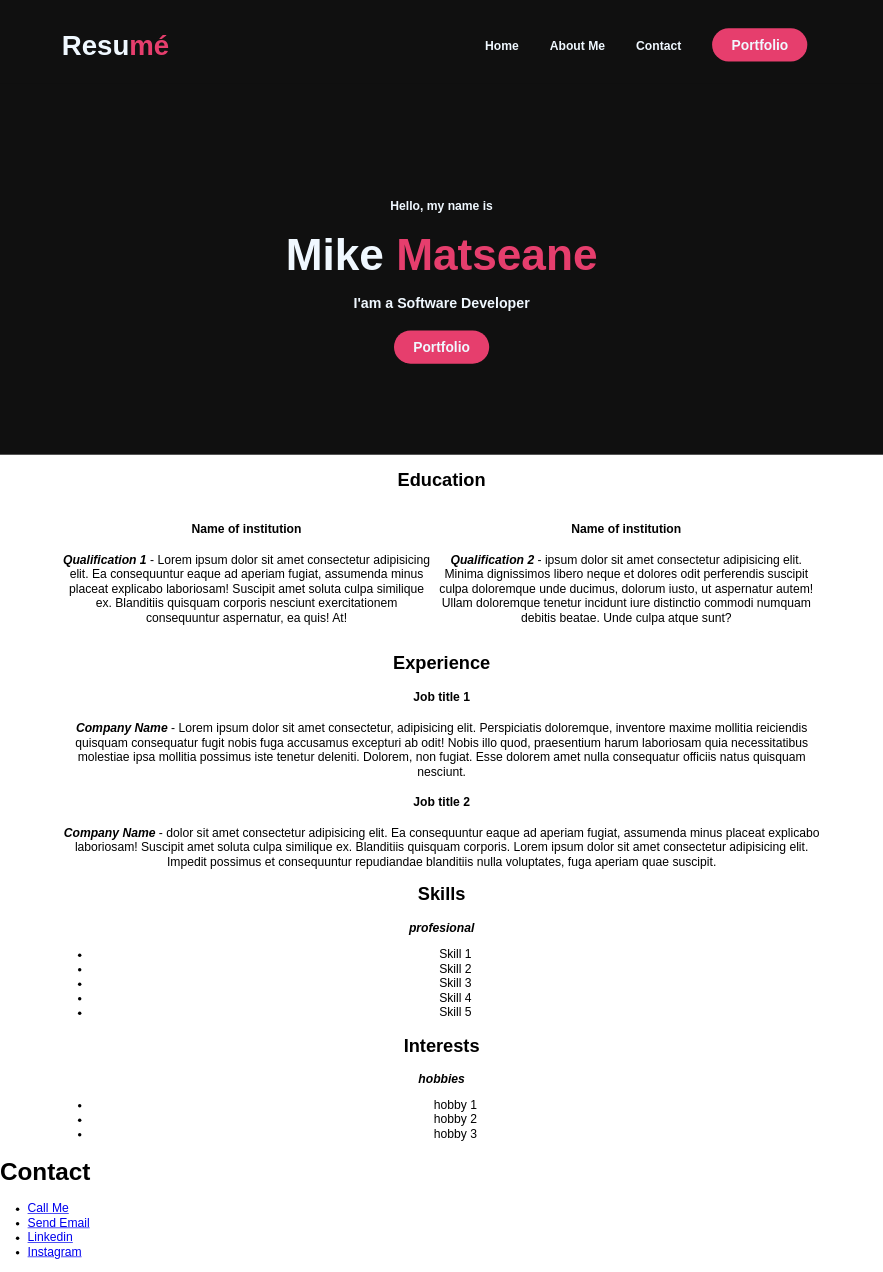
Repository: mikempho/Resume1
Page: resume1.html
These files come from the project's save history. The page is drawn as it stood at one moment and after the next save; the edit follows.
The browser window is 1280 px wide. The pictures show the whole page, at 69% of full size.

Above is the page before, as saved 2022-03-29 10:29:28.

### resume1.html
<html lang="en">
<head>
    <meta charset="UTF-8">
    <meta http-equiv="X-UA-Compatible" content="IE=edge">
    <meta name="viewport" content="width=device-width, initial-scale=1.0">
    <link rel="stylesheet" href="./css/stylesheet.css">
    <title>Mike Matseane</title>
</head>
<body>

    <section>

        <div class="hero">
            <!-- Navigation Bar -->
            <nav class="navbar">
                <h2 class="resume-logo">Resu<span>mé</span></h2>
                <ul>
                    <li><a href="resume1.html">Home</a></li>
                    <li><a href="#education">About Me</a></li>
                    <li><a href="#contact-info">Contact</a></li>
                    <li><a href="#"><span class="call-to-action">Portfolio</span></a></li>
                </ul>
            </nav>

            <div class="intro">
                <!-- <img src="" alt="Profile-Img"> -->
                <h4>Hello, my name is </h4>
                <h1 class="name">Mike <span>Matseane</span></h1>
                <h3>I'am a Software Developer</h3>
                <a href="#"><span class="call-to-action">Portfolio</span></a>
            </div>

        </div>

        <main>
            <!-- Education Section -->

            <div id="education">
                <h2>Education</h2>
                <div class="content">
                    <div class="container">
                        <h4>Name of institution</h4>
                        <p><strong><em>Qualification 1</em></strong> - Lorem ipsum dolor sit amet consectetur adipisicing elit. Ea consequuntur eaque ad aperiam fugiat, assumenda minus placeat explicabo laboriosam! Suscipit amet soluta culpa similique ex. Blanditiis quisquam corporis nesciunt exercitationem consequuntur aspernatur, ea quis! At!</p>
                    </div>
                    <div class="container">
                        <h4>Name of institution</h4>
                        <p><strong><em>Qualification 2</em></strong> - ipsum dolor sit amet consectetur adipisicing elit. Minima dignissimos libero neque et dolores odit perferendis suscipit culpa doloremque unde ducimus, dolorum iusto, ut aspernatur autem! Ullam doloremque tenetur incidunt iure distinctio commodi numquam debitis beatae. Unde culpa atque sunt?</p>
                    </div>
                </div>
            </div>

            <!-- Experience Section-->
            <div id="experience">
                <h2>Experience</h2>
                <div class="container">
                    <h4>Job title 1</h4>
                    <p><strong><em>Company Name</em></strong> - Lorem ipsum dolor sit amet consectetur, adipisicing elit. Perspiciatis doloremque, inventore maxime mollitia reiciendis quisquam consequatur fugit nobis fuga accusamus excepturi ab odit! Nobis illo quod, praesentium harum laboriosam quia necessitatibus molestiae ipsa mollitia possimus iste tenetur deleniti. Dolorem, non fugiat. Esse dolorem amet nulla consequatur officiis natus quisquam nesciunt.</p>
                </div>
                <div class="container">
                    <h4>Job title 2</h4>
                    <p><strong><em>Company Name</em></strong> - dolor sit amet consectetur adipisicing elit. Ea consequuntur eaque ad aperiam fugiat, assumenda minus placeat explicabo laboriosam! Suscipit amet soluta culpa similique ex. Blanditiis quisquam corporis. Lorem ipsum dolor sit amet consectetur adipisicing elit. Impedit possimus et consequuntur repudiandae blanditiis nulla voluptates, fuga aperiam quae suscipit.</p>
                </div>
            </div>

            <!-- Skills Section -->
            <div id="skills">
                <h2>Skills</h2>
                <div>
                    <p><strong><em>profesional</em></strong></p>
                    <ul>
                        <li>Skill 1</li>
                        <li>Skill 2</li>
                        <li>Skill 3</li>
                        <li>Skill 4</li>
                        <li>Skill 5</li>
                    </ul>
                </div>
            </div>
            <div id="interests">
                <h2>Interests</h2>
                <div>
                    <p><strong><em>hobbies</em></strong></p>
                    <ul>
                        <li>hobby 1</li>
                        <li>hobby 2</li>
                        <li>hobby 3</li>
                    </ul>
                </div>
            </div>
        </main>
    </section>


    <!-- Footer Section -->
    <footer>
        <div id="contact-info">
            <h1>Contact</h1>
            <ul>
                <!-- target(_blank) = New Tab -->
                <!-- Call Me -->
                <li><a href="tel:0681454887" target="_blank">Call Me</a></li>

                <!-- Send Email -->
                <li><a href="mailto:mikempho03@gmail.com" target="_blank">Send Email</a></li>

                <!-- Linkedin (Socials) -->
                <li><a href="https://www.linkedin.com/feed/" target="_blank">Linkedin</a></li>

                <!-- Instagram -->
                <li><a href="https://www.instagram.com/mike_mx.sa/tagged/" target="_blank">Instagram</a></li>
            </ul>
        </div>

    </footer>
</body>
</html>

### css/stylesheet.css
body{
  font-family:Arial, Helvetica, sans-serif;
  font-size:110%;
  margin: 0;
}

/* Hero Section */

.hero {
  background-color: #101010;
  color: aliceblue;
  text-align: center;
}

span {
  color: E63E6D;
}

.resume-logo {
  font-size: 2.5rem;
  cursor: pointer;
}
.navbar {
  /* position: fixed; */
  display: flex;
  align-items: center;
  justify-content: space-between;
  padding-top: 10px;
  padding-left:7%;
  padding-right:7%;
  background-color: #101010;
  /* width: 100%; */
}

nav ul li{
  list-style: none;
  display: inline;
  padding: 0 20px;
  font-weight: 600;
  font-size:1.1rem;
}

nav ul li a {
  text-decoration: none;
  color: aliceblue;
}

.call-to-action {
  padding: 10px 25px;
  color: aliceblue;
  font-size: 20px;
  border: solid transparent;
  background-color:E63E6D;
  border-radius: 80px;
}

nav ul li a:hover {
  color: E63E6D;
  transition: 0.7s;
}

.call-to-action:hover {
  background-color: #101010;
  border-color: white;
  transition: 0.5s;
}

.intro {
  padding: 9rem 0;
}

.name {
  font-size: 4rem;
  margin: 0;
}

.intro a{
  text-decoration: none;
  font-weight: 600;
}

.intro h3 {
  margin-bottom: 40px;
}

/* Main Section  */

main {
  text-align: center;
  padding: 0 7%;
}

.content {
  display: flex;
  justify-content: center;
}

After the next save:
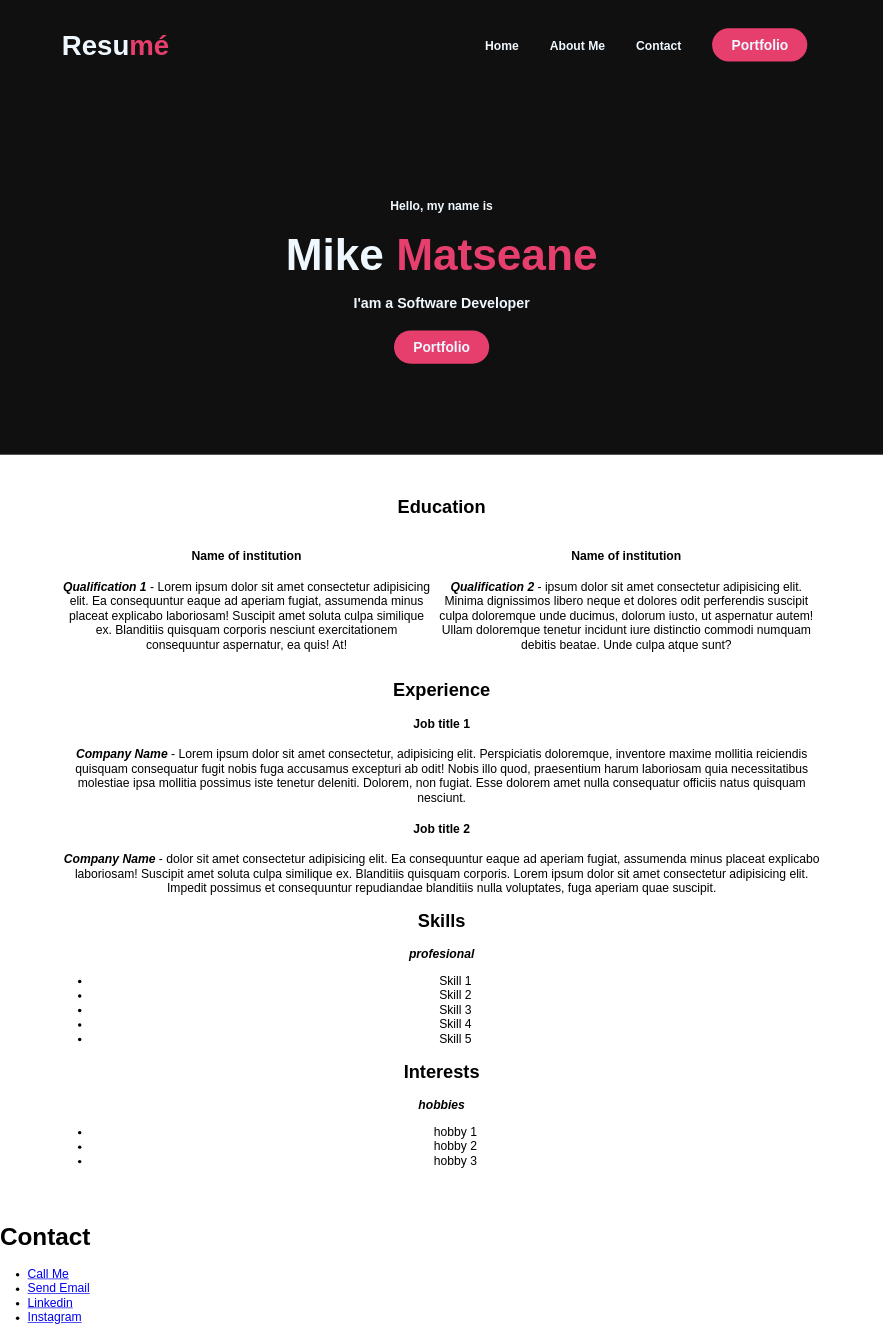
Saved 25 s later.
--- a/css/stylesheet.css
+++ b/css/stylesheet.css
@@ -87,7 +87,7 @@ nav ul li a:hover {
 
 main {
   text-align: center;
-  padding: 0 7%;
+  padding: 3% 7%;
 }
 
 .content {
